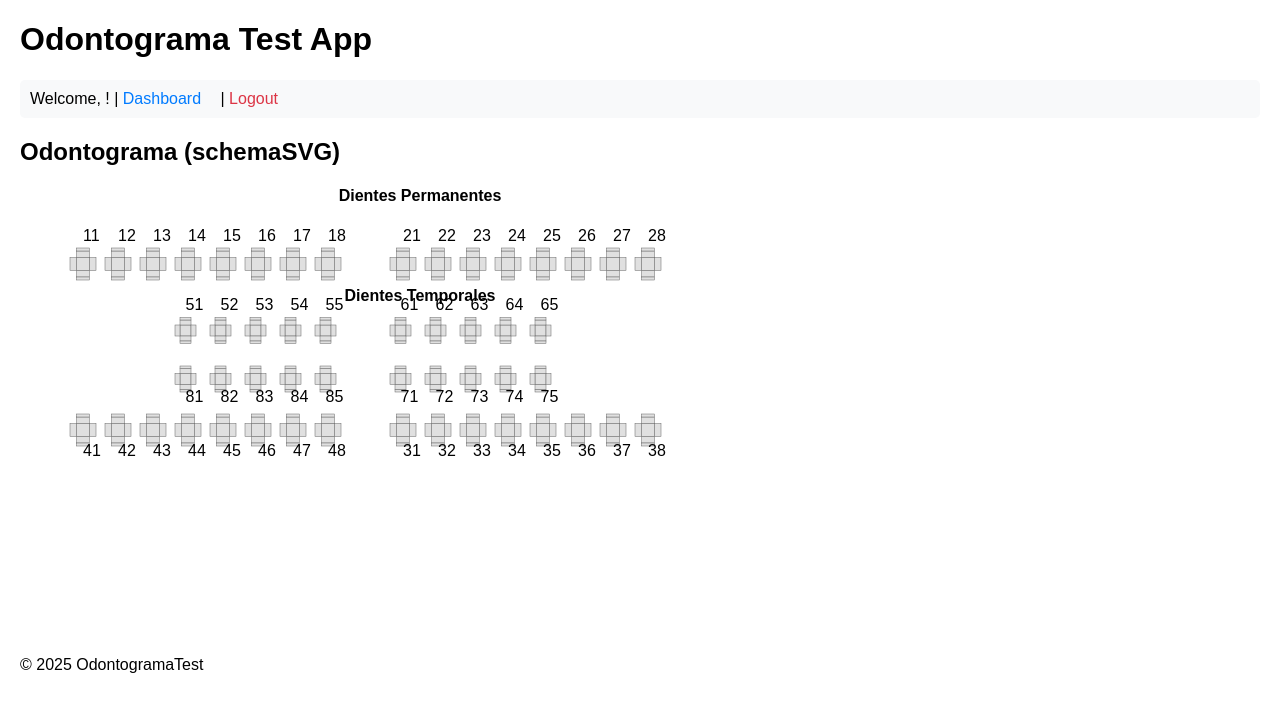
Repository: werfelyesid/OdontogramaTest
Page: http://localhost/dashboard/
These files come from the project's save history. The page is drawn as it stood at one moment and after the next save; the edit follows.
The browser window is 1280 px wide. The pictures show the whole page.
The page is served by the project's application, run on Django 4.2 (manage.py). A made-up administrator, testuser (Test User, test@example.com), is signed in. Other server files are loaded and not shown.

Above is the page before, as saved 2025-04-20 15:33:22.

### core/templates/core/dashboard.html
<!-- filepath: /home/yesid-ramirez/OdontogramaTest/core/templates/core/dashboard.html -->
{% extends "core/base.html" %}

{% block title %}Doctor Dashboard{% endblock %}

{% block content %}
{% comment %} ...existing content... {% endcomment %}
<h2>Odontograma (schemaSVG)</h2>
<div id="odontogram-container" style="position: relative;">
    {% include "core/_odontogram.html" %}
</div>
{% comment %} ...existing content... {% endcomment %}
{% endblock %}

{% block extra_js %}
<script>
    // Function to generate the teeth within the SVG structure
    function generateOdontogram() {
        const svgNS = "http://www.w3.org/2000/svg";
        const toothWidth = 35; // Width for spacing
        const permStartX = 50;
        const permGap = 40;
        const permQWidth = 8 * toothWidth;
        // Align deciduous start under the 4th permanent tooth (index 3)
        const decidStartX = permStartX + (3 * toothWidth); // Adjusted start X
        const decidGap = 40;
        const decidQWidth = 5 * toothWidth;

        // Adjusted Y coordinates for spacing numbers
        const numberSpacing = 15; // Space for number + gap
        const toothHeightPerm = 29; // Approx height of permanent tooth shape
        const toothHeightDecid = 23.5; // Approx height of deciduous tooth shape
        const rowGap = 25; // Gap between rows

        const permUpperY = 50 + numberSpacing; // Move down to make space above
        const decidUpperY = permUpperY + toothHeightPerm + rowGap + numberSpacing;
        const decidLowerY = decidUpperY + toothHeightDecid + rowGap;
        const permLowerY = decidLowerY + toothHeightDecid + rowGap;


        // Helper function to create a tooth
        function createTooth(quadrantElement, toothNum, index, totalInQuadrant, shapeId, xOffset, yOffset, isLeftQuadrant) {
            if (!quadrantElement) return;

            const toothNode = document.createElementNS(svgNS, "g");
            toothNode.setAttribute('class', 'tooth');
            toothNode.setAttribute('id', `tooth-${toothNum}`);
            toothNode.setAttribute('data-tooth-id', toothNum);

            const positionIndex = isLeftQuadrant ? index : (totalInQuadrant - 1 - index);
            const currentX = xOffset + positionIndex * toothWidth;
            toothNode.setAttribute('transform', `translate(${currentX}, ${yOffset})`);

            const useNode = document.createElementNS(svgNS, "use");
            useNode.setAttribute("href", shapeId);
            toothNode.appendChild(useNode);

            // Adjust surface names based on quadrant and type
            const surfaces = toothNode.querySelectorAll('.tooth-surface');
            surfaces.forEach(surface => {
                let type = surface.getAttribute('data-surface-type');
                // Swap M/D for left quadrants (2, 3, 6, 7)
                if (isLeftQuadrant) {
                    if (type === 'M') type = 'D';
                    else if (type === 'D') type = 'M';
                }
                // Adjust O/I based on tooth number (simplified)
                const toothIndexInArch = parseInt(String(toothNum).slice(-1)); // 1 to 8 or 1 to 5
                if (type === 'O') {
                     if (shapeId === '#tooth-shape' && toothIndexInArch <= 3) type = 'I'; // Permanent Incisors/Canine
                     if (shapeId === '#deciduous-tooth-shape' && toothIndexInArch <= 3) type = 'I'; // Deciduous Incisors/Canine
                }
                 // Adjust L/P for upper teeth
                if (String(toothNum)[0] === '1' || String(toothNum)[0] === '2' || String(toothNum)[0] === '5' || String(toothNum)[0] === '6') {
                    if (type === 'L') type = 'P'; // Palatal
                    if (type === 'CP') type = 'CP'; // Cervico-Palatal (already correct)
                } else {
                     if (type === 'P') type = 'L'; // Lingual (just in case)
                     if (type === 'CP') type = 'CL'; // Cervico-Lingual
                }
                surface.setAttribute('data-surface-type', type);
            });

            quadrantElement.appendChild(toothNode);

            // --- Add Tooth Number Label ---
            const numberText = document.createElementNS(svgNS, "text");
            numberText.setAttribute('class', 'tooth-number');
            numberText.textContent = toothNum;

            // Position above for upper rows (1, 2), below for lower rows (3, 4)
            const isUpperRow = (yOffset === permUpperY || yOffset === decidUpperY);
            const currentToothHeight = (shapeId === '#tooth-shape') ? toothHeightPerm : toothHeightDecid;
            const numberY = isUpperRow ? (yOffset - numberSpacing + 5) : (yOffset + currentToothHeight + numberSpacing - 5);

            // Calculate X position to center over the occlusal surface within the shape definition
            let numberXCenterOffset;
            if (shapeId === '#tooth-shape') {
                numberXCenterOffset = 13; // Center of occlusal rect (x=6.5, width=13) -> 6.5 + 13/2
            } else { // #deciduous-tooth-shape
                numberXCenterOffset = 10.5; // Center of occlusal rect (x=5, width=11) -> 5 + 11/2
            }
            const numberX = currentX + numberXCenterOffset; // Use offset relative to the tooth's group position

            numberText.setAttribute('x', numberX); // Use calculated X
            numberText.setAttribute('y', numberY);

            quadrantElement.appendChild(numberText);
        }

        // --- Generate Permanent Teeth ---
        const q1 = document.getElementById('quadrant-1');
        const q2 = document.getElementById('quadrant-2');
        const q3 = document.getElementById('quadrant-3');
        const q4 = document.getElementById('quadrant-4');
        for (let i = 0; i < 8; i++) {
            // Q1 (18-11) - Upper Right
            createTooth(q1, 18 - i, i, 8, '#tooth-shape', permStartX, permUpperY, false);
            // Q2 (21-28) - Upper Left
            createTooth(q2, 21 + i, i, 8, '#tooth-shape', permStartX + permQWidth + permGap, permUpperY, true);
            // Q4 (48-41) - Lower Right
            createTooth(q4, 48 - i, i, 8, '#tooth-shape', permStartX, permLowerY, false);
             // Q3 (31-38) - Lower Left
            createTooth(q3, 31 + i, i, 8, '#tooth-shape', permStartX + permQWidth + permGap, permLowerY, true);
        }

        // --- Generate Deciduous Teeth ---
        const q5 = document.getElementById('quadrant-5');
        const q6 = document.getElementById('quadrant-6');
        const q7 = document.getElementById('quadrant-7');
        const q8 = document.getElementById('quadrant-8');
         for (let i = 0; i < 5; i++) {
            // Q5 (55-51) - Upper Right
            createTooth(q5, 55 - i, i, 5, '#deciduous-tooth-shape', decidStartX, decidUpperY, false);
            // Q6 (61-65) - Upper Left
            createTooth(q6, 61 + i, i, 5, '#deciduous-tooth-shape', decidStartX + decidQWidth + decidGap, decidUpperY, true);
            // Q8 (85-81) - Lower Right
            createTooth(q8, 85 - i, i, 5, '#deciduous-tooth-shape', decidStartX, decidLowerY, false);
            // Q7 (71-75) - Lower Left
            createTooth(q7, 71 + i, i, 5, '#deciduous-tooth-shape', decidStartX + decidQWidth + decidGap, decidLowerY, true);
        }
    }

    // Wait for the DOM to be fully loaded before generating and adding listeners
    document.addEventListener('DOMContentLoaded', function() {
        // Generate the SVG teeth
        generateOdontogram();

        const tooltip = document.getElementById('odontogram-tooltip');
        const container = document.getElementById('odontogram-container');

        if (!tooltip || !container) {
            console.error("Tooltip or container element not found!");
            return;
        }

        // Add listeners to tooth surfaces
        document.querySelectorAll('.tooth-surface').forEach(surface => {
            // Click listener
            surface.addEventListener('click', function(event) {
                const toothGroup = this.closest('.tooth');
                if (toothGroup) {
                    const toothId = toothGroup.getAttribute('data-tooth-id');
                    const surfaceType = this.getAttribute('data-surface-type');
                    console.log(`Clicked surface ${surfaceType} on tooth ${toothId}`);
                    this.classList.toggle('selected');
                } else {
                    console.error("Could not find parent '.tooth' group for clicked surface.");
                    console.log("Clicked element:", this);
                    console.log("Event target:", event.target);
                }
            });

            // Tooltip listeners
            surface.addEventListener('mouseover', function(event) {
                const toothGroup = this.closest('.tooth');
                if (toothGroup) {
                    const toothId = toothGroup.getAttribute('data-tooth-id');
                    const surfaceType = this.getAttribute('data-surface-type');
                    tooltip.textContent = `Diente ${toothId} (${surfaceType})`;
                    tooltip.style.display = 'block';
                    const containerRect = container.getBoundingClientRect();
                    tooltip.style.left = `${event.clientX - containerRect.left + 10}px`;
                    tooltip.style.top = `${event.clientY - containerRect.top + 10}px`;
                }
            });

            surface.addEventListener('mouseout', function() {
                tooltip.style.display = 'none';
            });

             surface.addEventListener('mousemove', function(event) {
                 if (tooltip.style.display === 'block') {
                    const containerRect = container.getBoundingClientRect();
                    tooltip.style.left = `${event.clientX - containerRect.left + 10}px`;
                    tooltip.style.top = `${event.clientY - containerRect.top + 10}px`;
                 }
             });
        });
    });

</script>
{% comment %} Styles moved to _odontogram.html {% endcomment %}
{% endblock %}

### core/templates/core/base.html
<!DOCTYPE html>
<html lang="en">
<head>
    <meta charset="UTF-8">
    <meta name="viewport" content="width=device-width, initial-scale=1.0">
    <title>{% block title %}OdontogramaTest{% endblock %}</title>
    <!-- Add link to CSS framework like Bootstrap or Tailwind if desired -->
    <style>
        body { font-family: sans-serif; margin: 20px; }
        .messages { list-style: none; padding: 0; margin: 1em 0; }
        .messages li { padding: 0.5em; margin-bottom: 0.5em; border-radius: 4px; }
        .messages li.success { background-color: #d4edda; color: #155724; border: 1px solid #c3e6cb; }
        .messages li.info { background-color: #d1ecf1; color: #0c5460; border: 1px solid #bee5eb; }
        .messages li.warning { background-color: #fff3cd; color: #856404; border: 1px solid #ffeeba; }
        .messages li.error { background-color: #f8d7da; color: #721c24; border: 1px solid #f5c6cb; }
        nav { margin-bottom: 20px; background-color: #f8f9fa; padding: 10px; border-radius: 5px; }
        nav a { margin-right: 15px; text-decoration: none; color: #007bff; }
        nav a:hover { text-decoration: underline; }
        nav form { display: inline; }
        nav button { background: none; border: none; color: #dc3545; cursor: pointer; padding: 0; font-size: inherit; }
        nav button:hover { text-decoration: underline; }
        .form-group { margin-bottom: 1rem; }
        .form-group label { display: block; margin-bottom: 0.5rem; }
        .form-group input, .form-group select, .form-group textarea { width: 100%; padding: 0.375rem 0.75rem; border: 1px solid #ced4da; border-radius: 0.25rem; box-sizing: border-box; }
        .form-group input[type="date"] { width: auto; }
        .form-group .errorlist { color: red; list-style: none; padding: 0; margin-top: 0.25rem; font-size: 0.875em; }
        .btn { display: inline-block; font-weight: 400; color: #212529; text-align: center; vertical-align: middle; cursor: pointer; background-color: #007bff; border: 1px solid #007bff; padding: 0.375rem 0.75rem; font-size: 1rem; line-height: 1.5; border-radius: 0.25rem; color: #fff; text-decoration: none; }
        .btn:hover { background-color: #0056b3; border-color: #0056b3; }
        .btn-secondary { background-color: #6c757d; border-color: #6c757d; }
        .btn-secondary:hover { background-color: #5a6268; border-color: #545b62; }
        .btn-danger { background-color: #dc3545; border-color: #dc3545; }
        .btn-danger:hover { background-color: #c82333; border-color: #bd2130; }
    </style>
</head>
<body>
    <header>
        <h1>Odontograma Test App</h1>
        <nav>
            {% if user.is_authenticated %}
                <span>Welcome, {{ user.get_full_name }}!</span> |
                <a href="{% url 'dashboard' %}">Dashboard</a> |
                <form action="{% url 'logout' %}" method="post" style="display: inline;">
                    {% csrf_token %}
                    <button type="submit">Logout</button>
                </form>
            {% else %}
                <a href="{% url 'login' %}">Login</a> |
                <a href="{% url 'register_doctor' %}">Register Doctor</a>
            {% endif %}
        </nav>
    </header>

    {% if messages %}
    <ul class="messages">
        {% for message in messages %}
        <li{% if message.tags %} class="{{ message.tags }}"{% endif %}>{{ message }}</li>
        {% endfor %}
    </ul>
    {% endif %}

    <main>
        {% block content %}
        <!-- Page specific content will go here -->
        {% endblock %}
    </main>

    <footer>
        <p>&copy; {% now "Y" %} OdontogramaTest</p>
    </footer>
    {% block extra_js %}
    <!-- Extra JS scripts can be added here -->
    {% endblock %}
</body>
</html>

### core/models.py
from django.contrib.auth.models import AbstractUser, Group, Permission
from django.db import models
from django.utils.translation import gettext_lazy as _

class CustomUser(AbstractUser):
    # Remove username field, use email as the unique identifier
    username = None
    email = models.EmailField(_('email address'), unique=True)

    # Doctor specific fields
    primer_nombre = models.CharField(max_length=100)
    segundo_nombre = models.CharField(max_length=100, blank=True, null=True)
    primer_apellido = models.CharField(max_length=100)
    segundo_apellido = models.CharField(max_length=100, blank=True, null=True)
    especialidad = models.CharField(max_length=150, blank=True, null=True)
    ciudad_donde_atiende = models.CharField(max_length=100, blank=True, null=True)
    registro_profesional = models.CharField(max_length=50, blank=True, null=True, unique=True)
    phone = models.CharField(max_length=20, blank=True, null=True) # Assuming landline
    numero_de_celular = models.CharField(max_length=20, blank=True, null=True)
    identificacion = models.CharField(max_length=30, blank=True, null=True, unique=True)
    fecha_de_nacimiento = models.DateField(blank=True, null=True)
    GENDER_CHOICES = [('M', 'Masculino'), ('F', 'Femenino'), ('O', 'Otro')]
    gender = models.CharField(max_length=1, choices=GENDER_CHOICES, blank=True, null=True)

    USERNAME_FIELD = 'email'
    REQUIRED_FIELDS = ['primer_nombre', 'primer_apellido'] # Required fields when creating user via createsuperuser

    groups = models.ManyToManyField(
        Group,
        verbose_name=_('groups'),
        blank=True,
        help_text=_(
            'The groups this user belongs to. A user will get all permissions '
            'granted to each of their groups.'
        ),
        related_name="customuser_set", # Unique related_name
        related_query_name="user",
    )
    user_permissions = models.ManyToManyField(
        Permission,
        verbose_name=_('user permissions'),
        blank=True,
        help_text=_('Specific permissions for this user.'),
        related_name="customuser_set", # Unique related_name
        related_query_name="user",
    )

    def __str__(self):
        return self.email

    def get_full_name(self):
        return f"{self.primer_nombre} {self.primer_apellido}".strip()

    def get_short_name(self):
        return self.primer_nombre

class Patient(models.Model):
    doctor = models.ForeignKey(CustomUser, on_delete=models.CASCADE, related_name='patients') # Link patient to doctor
    primer_nombre = models.CharField(max_length=100)
    segundo_nombre = models.CharField(max_length=100, blank=True, null=True)
    primer_apellido = models.CharField(max_length=100)
    segundo_apellido = models.CharField(max_length=100, blank=True, null=True)

    TIPO_ID_CHOICES = [
        ('CC', 'Cédula de Ciudadanía'),
        ('TI', 'Tarjeta de Identidad'),
        ('RC', 'Registro Civil'),
        ('CE', 'Cédula de Extranjería'),
        ('PA', 'Pasaporte'),
        ('OT', 'Otro'),
    ]
    tipo_de_identificacion = models.CharField(max_length=2, choices=TIPO_ID_CHOICES)
    numero_de_identificacion = models.CharField(max_length=30, unique=True)
    fecha_de_nacimiento = models.DateField()

    ESTADO_CIVIL_CHOICES = [
        ('S', 'Soltero/a'),
        ('C', 'Casado/a'),
        ('U', 'Unión Libre'),
        ('D', 'Divorciado/a'),
        ('V', 'Viudo/a'),
    ]
    estado_civil = models.CharField(max_length=1, choices=ESTADO_CIVIL_CHOICES, blank=True, null=True)
    GENDER_CHOICES = [('M', 'Masculino'), ('F', 'Femenino'), ('O', 'Otro')]
    gender = models.CharField(max_length=1, choices=GENDER_CHOICES)

    ZONA_RESIDENCIA_CHOICES = [('U', 'Urbana'), ('R', 'Rural')]
    zona_residencia = models.CharField(max_length=1, choices=ZONA_RESIDENCIA_CHOICES, blank=True, null=True)
    numero_de_celular = models.CharField(max_length=20, blank=True, null=True)
    direccion = models.CharField(max_length=255, blank=True, null=True)
    email = models.EmailField(blank=True, null=True)

    # Medical History
    motivo_consulta = models.TextField(blank=True, null=True)
    alarma = models.TextField(blank=True, null=True) # Consider better field type if structured
    compromiso_sistemico = models.TextField(blank=True, null=True)
    medicacion = models.TextField(blank=True, null=True)
    alergias = models.TextField(blank=True, null=True)
    antecedentes_familiares = models.TextField(blank=True, null=True)
    antecedentes_medicos = models.TextField(blank=True, null=True)

    TIPO_UBICACION_CHOICES = [
        ('H', 'Hogar'),
        ('T', 'Trabajo'),
        ('E', 'Estudio'),
        ('O', 'Otro'),
    ]
    tipo_ubicacion_usuario = models.CharField(max_length=1, choices=TIPO_UBICACION_CHOICES, blank=True, null=True)

    # Add fields for odontogram data later if needed
    # schemaSVG_data = models.JSONField(blank=True, null=True) # Example

    created_at = models.DateTimeField(auto_now_add=True)
    updated_at = models.DateTimeField(auto_now=True)

    def __str__(self):
        return f"{self.primer_nombre} {self.primer_apellido} ({self.numero_de_identificacion})"

### core/views.py
from django.shortcuts import render, redirect, get_object_or_404
from django.contrib.auth import login, logout, authenticate
from django.contrib.auth.decorators import login_required
from django.contrib import messages
from .forms import DoctorRegistrationForm, PatientRegistrationForm, CustomLoginForm
from .models import Patient, CustomUser

def register_doctor_view(request):
    if request.method == 'POST':
        form = DoctorRegistrationForm(request.POST)
        if form.is_valid():
            user = form.save()
            login(request, user, backend='django.contrib.auth.backends.ModelBackend') # Log in the new doctor
            messages.success(request, 'Registration successful. You are now logged in.')
            return redirect('dashboard')
        else:
            messages.error(request, 'Registration unsuccessful. Please correct the errors below.')
    else:
        form = DoctorRegistrationForm()
    return render(request, 'core/register_doctor.html', {'form': form})

def login_view(request):
    if request.user.is_authenticated:
        return redirect('dashboard') # Redirect if already logged in

    if request.method == 'POST':
        form = CustomLoginForm(request, data=request.POST)
        if form.is_valid():
            email = form.cleaned_data.get('username') # Form uses 'username' for the email field
            password = form.cleaned_data.get('password')
            user = authenticate(request, email=email, password=password)
            if user is not None:
                login(request, user)
                messages.info(request, f"Welcome back, {user.get_full_name()}.")
                # Redirect to the URL specified in 'next' parameter or dashboard
                next_url = request.POST.get('next', 'dashboard')
                return redirect(next_url)
            else:
                messages.error(request, "Invalid email or password.")
        else:
             messages.error(request, "Invalid email or password.")
    else:
        form = CustomLoginForm()

    return render(request, 'core/login.html', {'form': form, 'next': request.GET.get('next', '')})


def logout_view(request):
    logout(request)
    messages.info(request, "You have successfully logged out.")
    return redirect('login')

@login_required
def dashboard_view(request):
    # Ensure the logged-in user is a CustomUser instance
    doctor = request.user
    if not isinstance(doctor, CustomUser):
         # Handle cases where user might not be the expected type (e.g., admin user)
         # Or redirect non-doctors elsewhere
         messages.warning(request, "Access restricted to doctors.")
         return redirect('login')

    context = {
        'doctor_name': doctor.get_full_name()
    }
    return render(request, 'core/dashboard.html', context)

@login_required
def register_patient_view(request):
    if request.method == 'POST':
        form = PatientRegistrationForm(request.POST)
        if form.is_valid():
            patient = form.save(commit=False)
            patient.doctor = request.user # Assign the logged-in doctor
            patient.save()
            messages.success(request, f'Patient {patient.primer_nombre} {patient.primer_apellido} registered successfully.')
            # Redirect to patient detail page or back to dashboard?
            return redirect('dashboard') # Redirecting back to dashboard for now
        else:
            messages.error(request, 'Patient registration unsuccessful. Please correct the errors below.')
    else:
        form = PatientRegistrationForm()
    return render(request, 'core/register_patient.html', {'form': form})

# Add views for patient details, editing, odontogram interaction later

### OdontogramaTest/urls.py
from django.contrib import admin
from django.urls import path, include

urlpatterns = [
    path('admin/', admin.site.urls),
    path('', include('core.urls')), # Include core app URLs
]

### core/urls.py
from django.urls import path
from . import views

urlpatterns = [
    path('register/doctor/', views.register_doctor_view, name='register_doctor'),
    path('login/', views.login_view, name='login'),
    path('logout/', views.logout_view, name='logout'),
    path('dashboard/', views.dashboard_view, name='dashboard'),
    path('register/patient/', views.register_patient_view, name='register_patient'),
    # Add other URLs for patient details, odontogram actions etc.
    path('', views.login_view), # Redirect root to login for now
]

Loaded but not shown: core/templates/core/_odontogram.html (93 lines, source omitted)

After the next save:
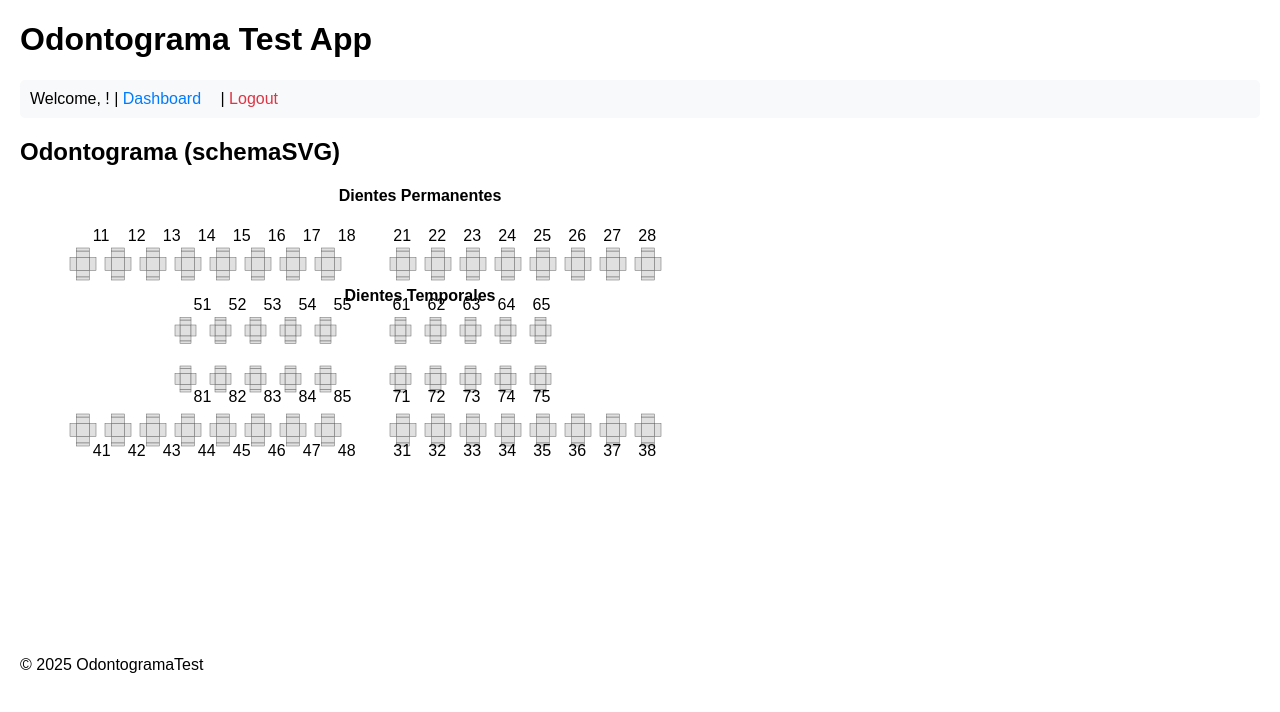
Saved 2 min 53 s later.
--- a/core/templates/core/dashboard.html
+++ b/core/templates/core/dashboard.html
@@ -93,12 +93,16 @@
             const currentToothHeight = (shapeId === '#tooth-shape') ? toothHeightPerm : toothHeightDecid;
             const numberY = isUpperRow ? (yOffset - numberSpacing + 5) : (yOffset + currentToothHeight + numberSpacing - 5);
 
-            // Calculate X position to center over the occlusal surface within the shape definition
+            // Calculate X position to align with the center of the visual distal surface
             let numberXCenterOffset;
-            if (shapeId === '#tooth-shape') {
-                numberXCenterOffset = 13; // Center of occlusal rect (x=6.5, width=13) -> 6.5 + 13/2
-            } else { // #deciduous-tooth-shape
-                numberXCenterOffset = 10.5; // Center of occlusal rect (x=5, width=11) -> 5 + 11/2
+            if (shapeId === '#tooth-shape') { // Permanent
+                // Distal surface: x=19.5, width=6.5 -> center=22.75
+                // Mesial surface: x=0, width=6.5 -> center=3.25
+                numberXCenterOffset = isLeftQuadrant ? 3.25 : 22.75;
+            } else { // Deciduous
+                // Distal surface: x=16, width=5 -> center=18.5
+                // Mesial surface: x=0, width=5 -> center=2.5
+                numberXCenterOffset = isLeftQuadrant ? 2.5 : 18.5;
             }
             const numberX = currentX + numberXCenterOffset; // Use offset relative to the tooth's group position
 
